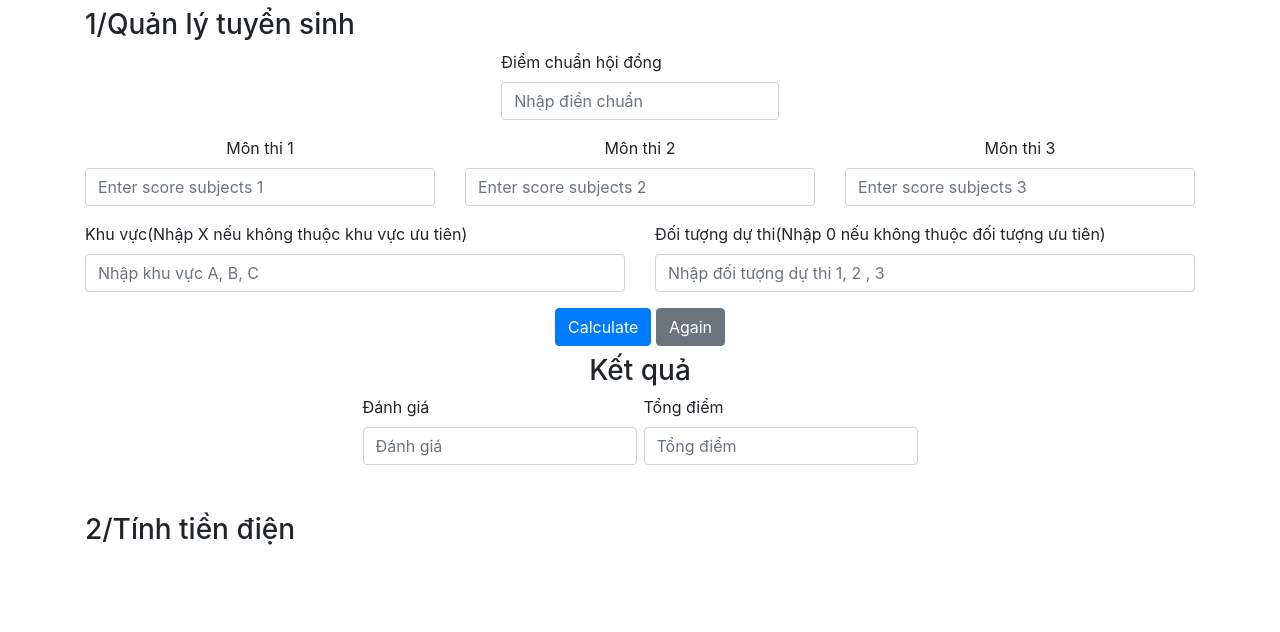
Repository: baobaodeveloper/bootcamp21__jsbasic4_HuynhAnhBao
Page: index.html
These files come from the project's save history. The page is drawn as it stood at one moment and after the next save; the edit follows.
The browser window is 1280 px wide. The pictures show the whole page.

Above is the page before, as saved 2022-03-13 19:15:02.

### index.html
<!DOCTYPE html>
<html lang="en">
  <head>
    <title>Exercise3</title>
    <!-- Required meta tags -->
    <meta charset="utf-8" />
    <meta
      name="viewport"
      content="width=device-width, initial-scale=1, shrink-to-fit=no"
    />

    <!-- Bootstrap CSS -->
    <link
      rel="stylesheet"
      href="https://stackpath.bootstrapcdn.com/bootstrap/4.3.1/css/bootstrap.min.css"
      integrity="sha384-ggOyR0iXCbMQv3Xipma34MD+dH/1fQ784/j6cY/iJTQUOhcWr7x9JvoRxT2MZw1T"
      crossorigin="anonymous"
    />
  </head>
  <body>
    <!-- 1/Quản lý tuyển sinh -->
    <div class="container mt-2">
      <h3>1/Quản lý tuyển sinh</h3>

      <div class="mb-3 w-25 m-auto">
        <label>Điểm chuẩn hội đồng</label>
        <input
          type="number"
          class="form-control"
          id="score"
          placeholder="Nhập điển chuẩn"
        />
      </div>

      <div class="row mt-3 text-center">
        <div class="col">
          <label>Môn thi 1</label>
          <input
            type="number"
            class="form-control"
            id="score1"
            placeholder="Enter score subjects 1"
          />
        </div>
        <div class="col">
          <label>Môn thi 2</label>
          <input
            type="number"
            class="form-control"
            id="score2"
            placeholder="Enter score subjects 2"
          />
        </div>
        <div class="col">
          <label>Môn thi 3</label>
          <input
            type="number"
            class="form-control"
            id="score3"
            placeholder="Enter score subjects 3"
          />
        </div>
      </div>

      <div class="row mt-3">
        <div class="col">
          <label>Khu vực(Nhập X nếu không thuộc khu vực ưu tiên)</label>
          <input
            type="text"
            class="form-control"
            placeholder="Nhập khu vực A, B, C"
            id="area"
          />
        </div>
        <div class="col">
          <label
            >Đối tượng dự thi(Nhập 0 nếu không thuộc đối tượng ưu tiên)</label
          >
          <input
            type="number"
            class="form-control"
            placeholder="Nhập đối tượng dự thi 1, 2 , 3"
            id="object"
          />
        </div>
      </div>

      <div class="text-center mt-3">
        <button type="button" class="btn btn-primary" id="scoreBtn">
          Calculate
        </button>
        <button type="button" class="btn btn-secondary" id="score-btn-again">
          Again
        </button>
      </div>

      <h3 class="text-center mt-2">Kết quả</h3>

      <div class="mb-3 w-50 d-flex m-auto justify-content-between">
        <div>
          <label>Đánh giá</label>
          <input
            type="email"
            class="form-control"
            placeholder="Đánh giá"
            id="evaluate"
          />
        </div>

        <div>
          <label>Tổng điểm</label>
          <input
            type="email"
            class="form-control"
            placeholder="Tổng điểm"
            id="total-score"
          />
        </div>
      </div>
    </div>

    <!-- 2/Tính tiền điện -->
    <div class="container mt-lg-5">
      <h3>2/Tính tiền điện</h3>
    </div>
    <!-- Optional JavaScript -->
    <!-- jQuery first, then Popper.js, then Bootstrap JS -->
    <script
      src="https://code.jquery.com/jquery-3.3.1.slim.min.js"
      integrity="sha384-q8i/X+965DzO0rT7abK41JStQIAqVgRVzpbzo5smXKp4YfRvH+8abtTE1Pi6jizo"
      crossorigin="anonymous"
    ></script>
    <script
      src="https://cdnjs.cloudflare.com/ajax/libs/popper.js/1.14.7/umd/popper.min.js"
      integrity="sha384-UO2eT0CpHqdSJQ6hJty5KVphtPhzWj9WO1clHTMGa3JDZwrnQq4sF86dIHNDz0W1"
      crossorigin="anonymous"
    ></script>
    <script
      src="https://stackpath.bootstrapcdn.com/bootstrap/4.3.1/js/bootstrap.min.js"
      integrity="sha384-JjSmVgyd0p3pXB1rRibZUAYoIIy6OrQ6VrjIEaFf/nJGzIxFDsf4x0xIM+B07jRM"
      crossorigin="anonymous"
    ></script>

    <script src="exercise1.js"></script>
  </body>
</html>

### exercise1.js
const score = document.getElementById("score");
const score1 = document.getElementById("score1");
const score2 = document.getElementById("score2");
const score3 = document.getElementById("score3");
const area = document.getElementById("area");
const objectStudent = document.getElementById("object");
const scoreBtn = document.getElementById("scoreBtn");
const scoreBtnAgain = document.getElementById("score-btn-again");
const evaluate = document.getElementById("evaluate");
const totalScore = document.getElementById("total-score");

scoreBtn.addEventListener("click", () => {
  if (!score.value || !score1.value || !score2.value || !score3.value) return;
  const scoreValue = +score.value;
  const score1Value = +score1.value;
  const score2Value = +score2.value;
  const score3Value = +score3.value;
  if (
    scoreValue <= 0 ||
    scoreValue > 30 ||
    score1Value < 0 ||
    score1Value > 10 ||
    score2Value < 0 ||
    score2Value > 10 ||
    score3Value < 0 ||
    score3Value > 10
  )
    return alert("Enter score invalid");
  if (score1Value === 0 || score2Value === 0 || score3Value === 0)
    return (evaluate.value = "Không Đạt");

  const scoreArea = areas();
  const scoreObjectStudent = objectStudents();

  const scoreTotalStudent =
    score1Value + score2Value + score3Value + scoreArea + scoreObjectStudent;

  if (scoreTotalStudent >= scoreValue) {
    evaluate.value = "Đạt";
  } else {
    evaluate.value = "Không Đạt";
  }
  totalScore.value = scoreTotalStudent;
});

const areas = () => {
  if (!area.value) return;
  const areaValue = area.value.toUpperCase();
  if (areaValue === "X") {
    return 0;
  } else if (areaValue === "A") {
    return 2;
  } else if (areaValue === "B") {
    return 1;
  } else if (areaValue === "C") {
    return 0.5;
  } else {
    return 0;
  }
};

const objectStudents = () => {
  if (!objectStudent) return;
  const objecStudenttValue = +object.value;

  if (objecStudenttValue === 0) {
    return 0;
  } else if (objecStudenttValue === 1) {
    return 2.5;
  } else if (objecStudenttValue === 2) {
    return 1.5;
  } else if (objecStudenttValue === 3) {
    return 1;
  } else {
    return 0;
  }
};

scoreBtnAgain.addEventListener("click", () => {
  score.value = "";
  score1.value = "";
  score2.value = "";
  score3.value = "";
  area.value = "";
  objectStudent.value = "";
  totalScore.value = "";
  evaluate.value = "";
});

After the next save:
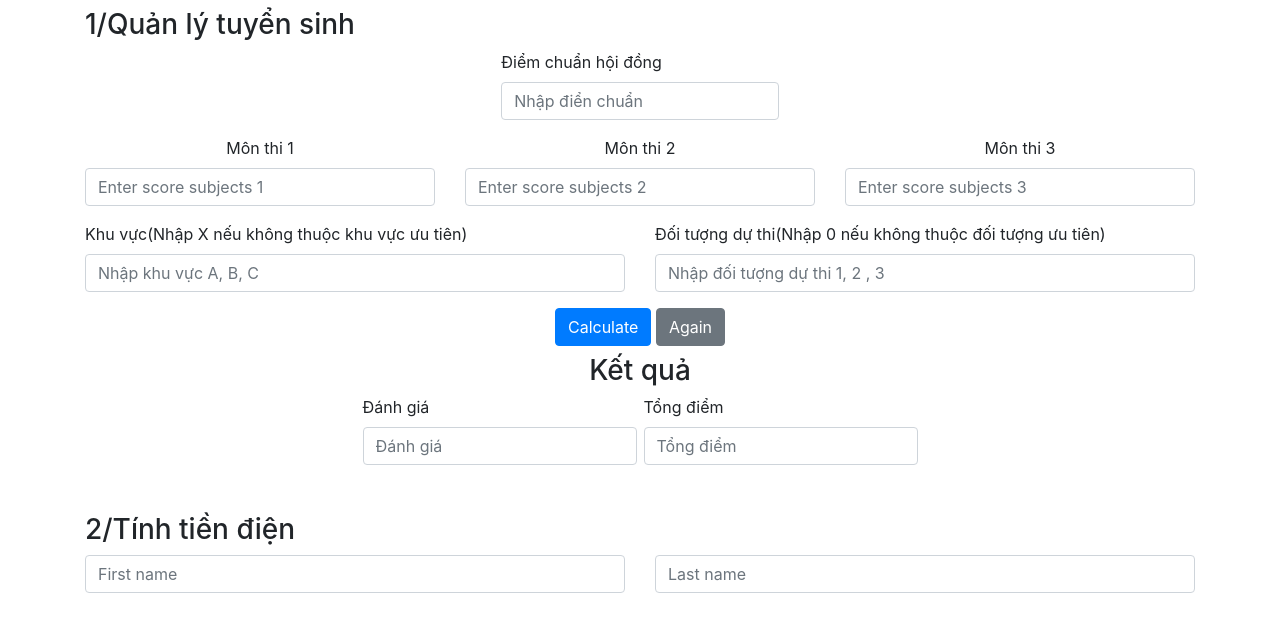
Saved 34 s later.
--- a/index.html
+++ b/index.html
@@ -122,6 +122,24 @@
     <!-- 2/Tính tiền điện -->
     <div class="container mt-lg-5">
       <h3>2/Tính tiền điện</h3>
+      <div class="row">
+        <div class="col">
+          <input
+            type="text"
+            class="form-control"
+            placeholder="First name"
+            aria-label="First name"
+          />
+        </div>
+        <div class="col">
+          <input
+            type="text"
+            class="form-control"
+            placeholder="Last name"
+            aria-label="Last name"
+          />
+        </div>
+      </div>
     </div>
     <!-- Optional JavaScript -->
     <!-- jQuery first, then Popper.js, then Bootstrap JS -->
